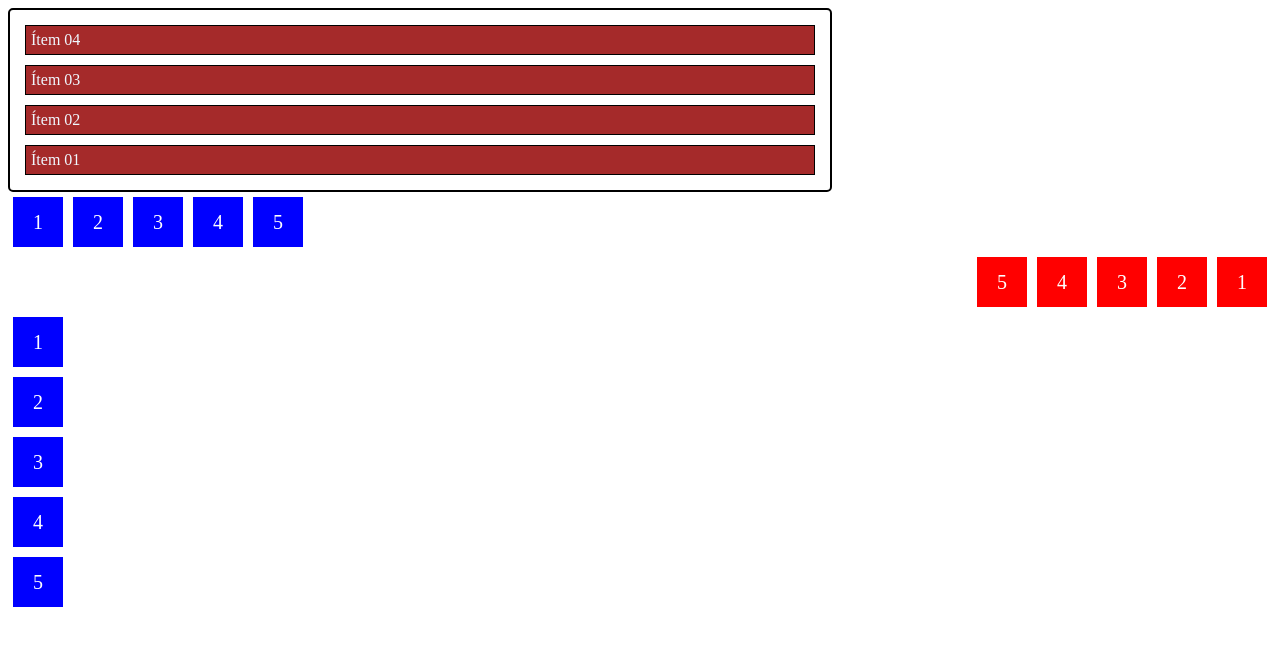
Repository: ozielms/flexbox
Page: outros/flexbox-master/index.html
An editor plug-in stored every save of this project. The page is shown before and after the next save, followed by the edit.
The browser window is 1280 px wide. The pictures show the whole page.

Above is the page before, as saved 2022-04-25 23:44:14.

### outros/flexbox-master/index.html
<!DOCTYPE html>
<html lang="en">

<head>
    <meta charset="UTF-8">
    <meta http-equiv="X-UA-Compatible" content="IE=edge">
    <meta name="viewport" content="width=device-width, initial-scale=1.0">
    <title>Flexbox</title>

    <link rel="stylesheet" href="css/estilo.css">
</head>

<body>

    <div class="pai">
        <div class="filho filho1">Ítem 01</div>
        <div class="filho filho2">Ítem 02</div>
        <div class="filho filho3">Ítem 03</div>
        <div class="filho filho4">Ítem 04</div>
    </div>

    <ul class="flex-container row">
        <li class="flex-item">1</li>
        <li class="flex-item">2</li>
        <li class="flex-item">3</li>
        <li class="flex-item">4</li>
        <li class="flex-item">5</li>
    </ul>


    <ul class="flex-container row-reverse">
        <li class="flex-item">1</li>
        <li class="flex-item">2</li>
        <li class="flex-item">3</li>
        <li class="flex-item">4</li>
        <li class="flex-item">5</li>
    </ul>

    <ul class="flex-container colunm">
        <li class="flex-item">1</li>
        <li class="flex-item">2</li>
        <li class="flex-item">3</li>
        <li class="flex-item">4</li>
        <li class="flex-item">5</li>
    </ul>



</body>

</html>

### outros/flexbox-master/css/estilo.css
.pai {
    max-width: 800px;
    padding: 10px;
    border: 2px solid black;
    border-radius: 5px;
    /* FLEXBOX */
    display: flex;
    flex-direction: column-reverse;
}

.filho {
    background-color: brown;
    color: aliceblue;
    padding: 5px;
    border: 1px solid black;
    margin: 5px;
}

.flex-container {
    margin: 0;
    padding: 0;
    display: flex;
    list-style: none;
}

.flex-item {
    background: blue;
    height: 50px;
    width: 50px;
    line-height: 50px;
    font-size: 20px;
    color: white;
    text-align: center;
    margin: 5px;
}

.row {
    flex-direction: row;
}

.row-reverse {
    flex-direction: row-reverse;
}

.row-reverse li {
    background-color: red;
}

.colunm {
    float: left;
    flex-direction: column;
}

After the next save:
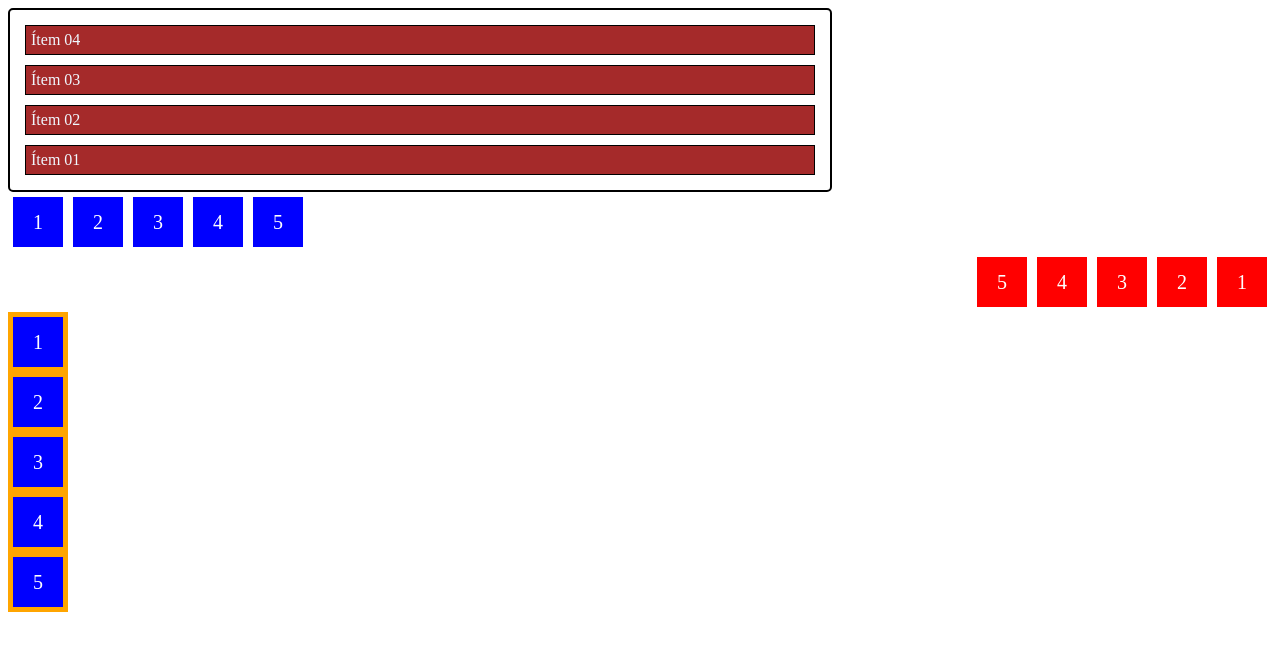
Saved 24 s later.
--- a/outros/flexbox-master/css/estilo.css
+++ b/outros/flexbox-master/css/estilo.css
@@ -50,3 +50,7 @@
     float: left;
     flex-direction: column;
 }
+
+.colunm {
+    background-color: orange;
+}
